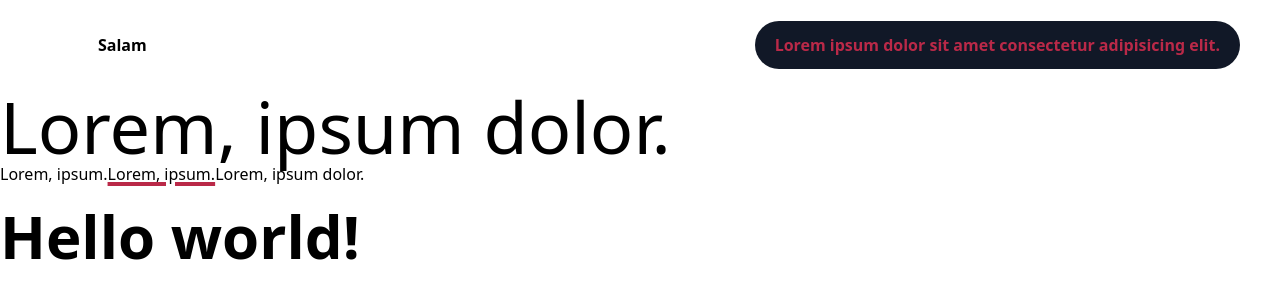
Repository: khaled-m1/Blog-Next.js
Page: /
An editor plug-in stored every save of this project. The page is shown before and after the next save, followed by the edit.
The browser window is 1280 px wide. The pictures show the whole page.
The project was rebuilt for these pictures with package versions that can differ from the ones it lists, and the page was loaded fresh each time. The framework's server and built-in components were replaced by stand-ins that run in the browser. Also part of the build but not shown: next.config.js.

Above is the page before, as saved 2023-01-15 23:46:05.

After the next save:
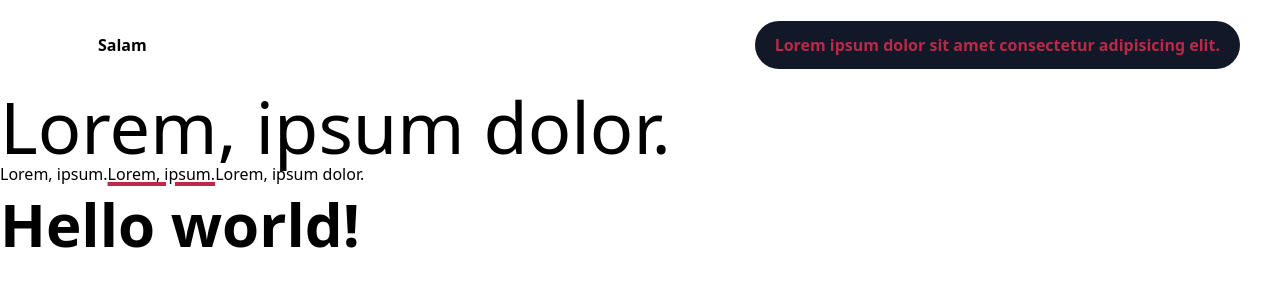
Saved 4 s later.
--- a/components/Bannar.tsx
+++ b/components/Bannar.tsx
@@ -13,7 +13,7 @@ export const Bannar = () => {
           Lorem, ipsum dolor.
         </h2>
       </div>
-      <p className="mt-5 md:"></p>
+      <p className="mt-5 md:mt-2 text"></p>
     </div>
   );
 };
